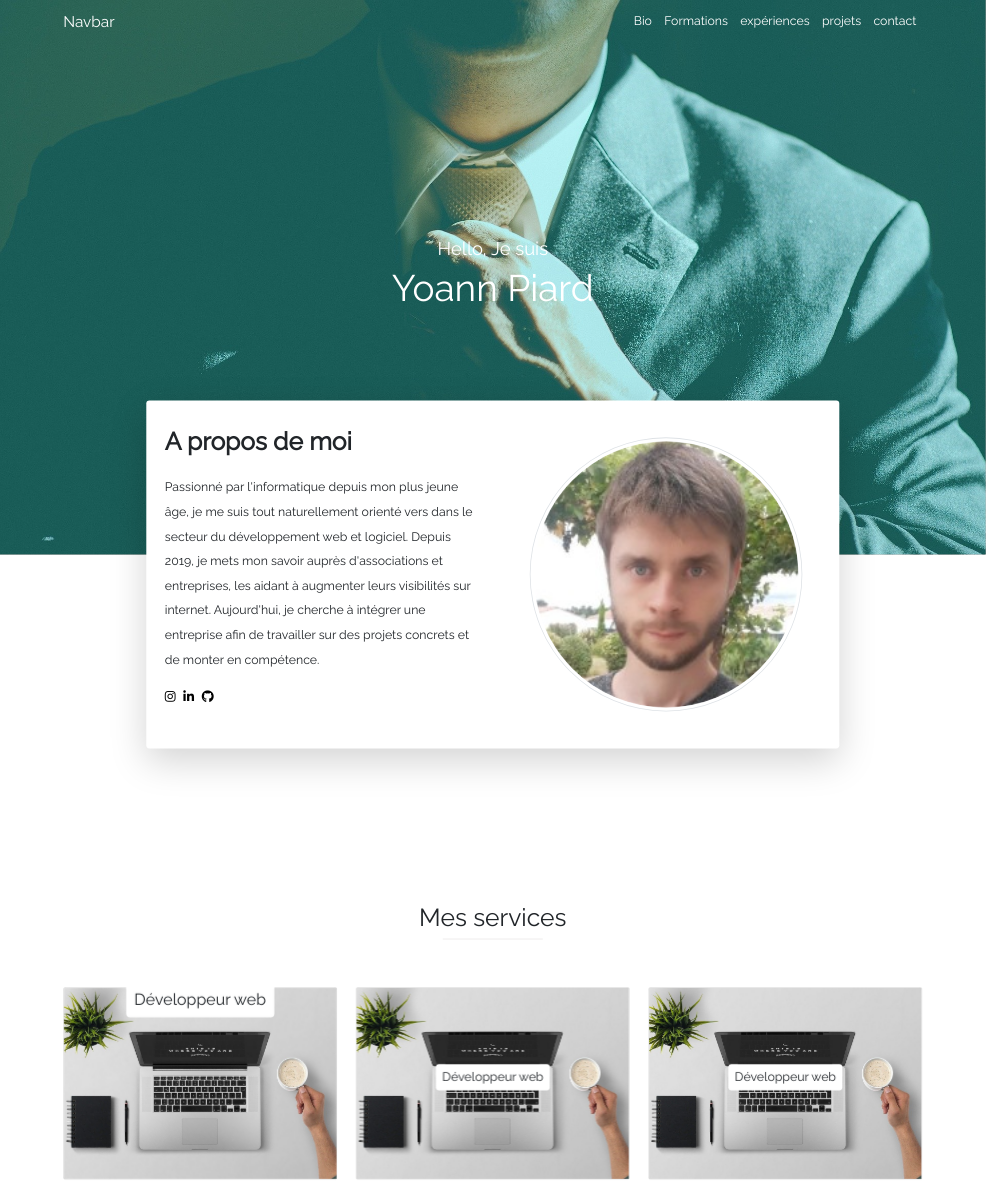
Repository: ypiard85/port-folio-bootstrap-yoann-2021
Page: index.html
These files come from the project's save history. The page is drawn as it stood at one moment and after the next save; the edit follows.
The browser window is 1280 px wide. The pictures show the whole page, at 77% of full size.
The pointer rests on the first visible `.card__face--front`.

Above is the page before, as saved 2021-03-09 18:04:38.
Console error: TypeError: window.onload is not a function

After the next save:
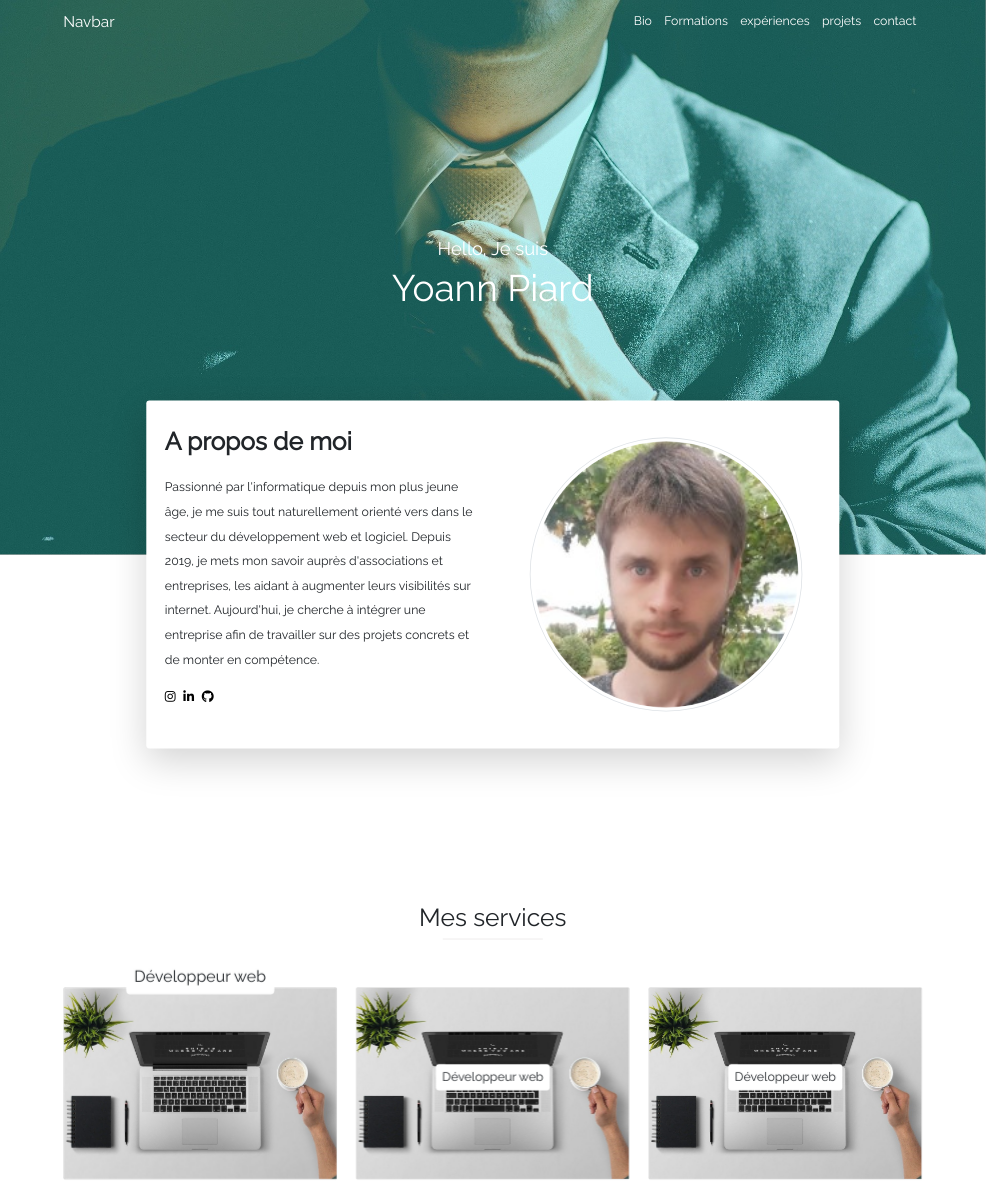
Saved 14 s later.
--- a/resource/style.css
+++ b/resource/style.css
@@ -157,7 +157,7 @@ header h1{
   }
 
   .card__face--front:hover .flipped-p{
-    transform: translateY(-100px) scale(1.3);
+    transform: translateY(-130px) scale(1.3);
     box-shadow: 0 0 50px rgba(255, 255, 255, 0.089);
     transition: transform 0.5s;
     transform-style: preserve-3d;

After the save that followed:
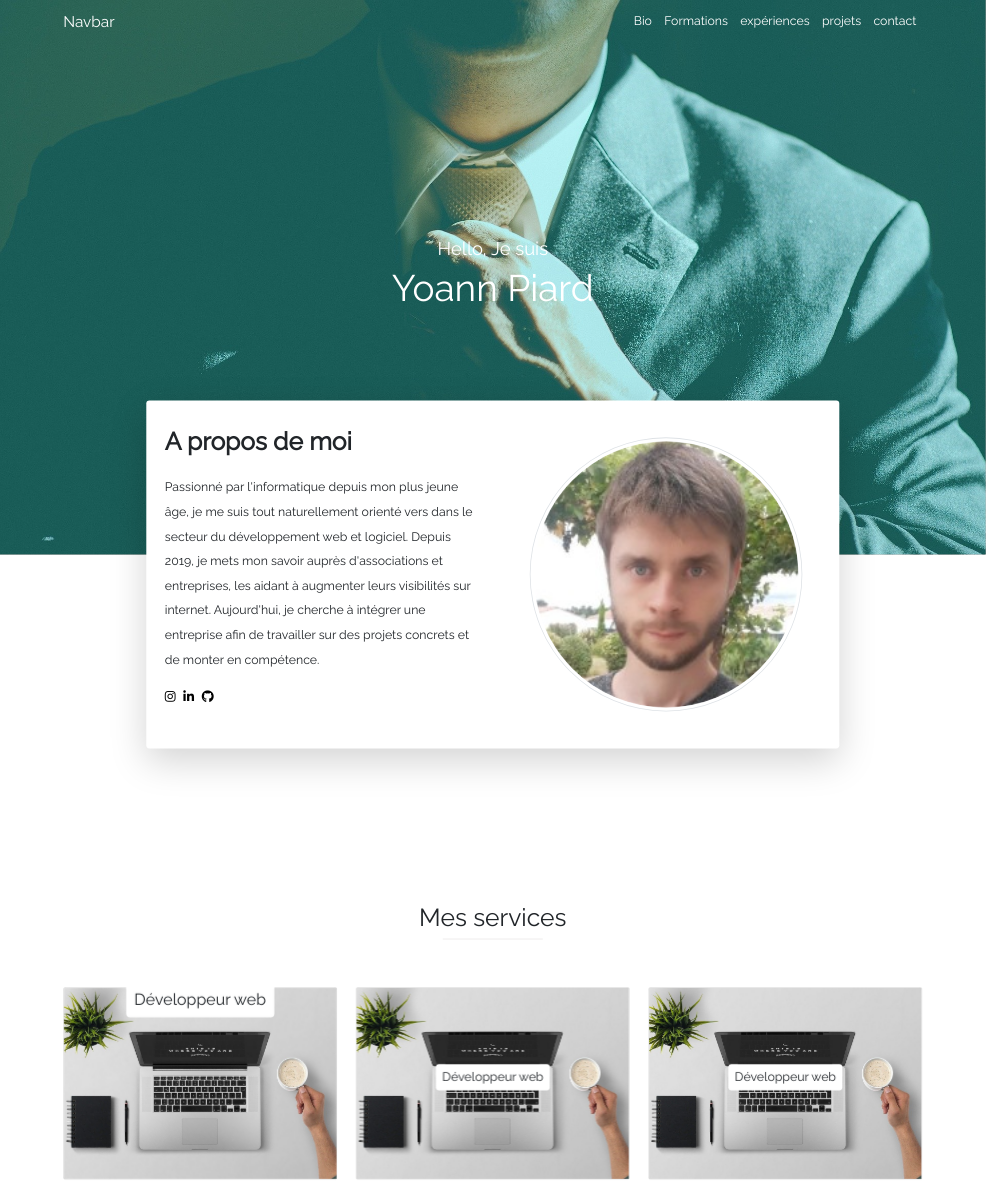
Saved 5 s later.
--- a/resource/style.css
+++ b/resource/style.css
@@ -157,7 +157,7 @@ header h1{
   }
 
   .card__face--front:hover .flipped-p{
-    transform: translateY(-130px) scale(1.3);
+    transform: translateY(-100px) scale(1.3);
     box-shadow: 0 0 50px rgba(255, 255, 255, 0.089);
     transition: transform 0.5s;
     transform-style: preserve-3d;
